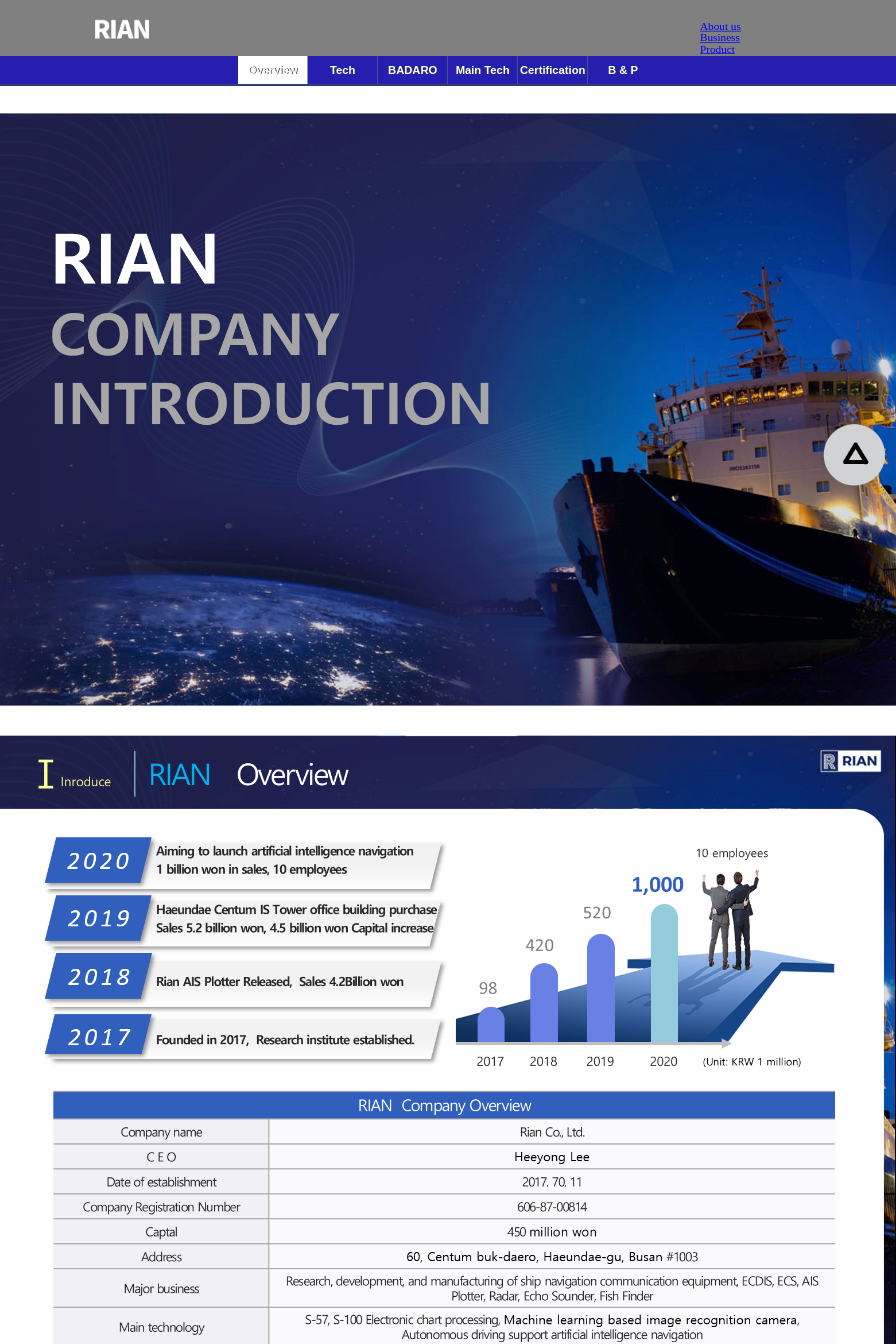
Repository: injeong-in/CompanyWeb
Page: http://localhost/RianWebSite/
The author's editor kept a copy of each file at every save. The page is drawn from the files as they stood at one save, then again after the next save.
The browser window is 1280 px wide. The pictures show the part of the page from y = 0 to 1920 px (the page is 12163 px tall), at 70% of full size.
The pointer rests on the first visible `nav a`.
The page is served by Tomcat 9. Nobody is signed in. The application's start-up code is not run.

Above is the page before, as saved 2020-12-01 05:58:38.

### RianWebSite/WebContent/index.jsp
<%@ page language="java" contentType="text/html; charset=UTF-8"
    pageEncoding="UTF-8"%>

<!DOCTYPE html>
<html>

<head>
    <meta charset="UTF-8">
    <meta name="viewport" content="width=device-width, initial-scale=1.0">
    <title>Rian company</title>

    <!--스타일시트 등록-->
    <link rel="stylesheet" href="./css/style.css">

    <!--제이쿼리 등록-->
    <script src="./js/jquery-2.1.3.min.js">
    </script>
    <script src="./js/jquery.vide.min.js">
    </script>
    <script src="./js/jquery.scrollTo.min.js">
    </script>

    <!--제이쿼리 작성-->
    <script>

    $(document).ready(function(){
        $('nav a').click(function(e){
            $.scrollTo(this.hash||0, 280);
            e.preventDefault();
        });
        $('#btn_gotop').click(function(e){
            $.scrollTo(this.hash||0, 280);
            e.preventDefault();
        });
    });

    $(function () {
            var trigger = $('#trigger');
            var menu = $('nav ul');
            $(trigger).on('click', function(e) {
                e.preventDefault();
                menu.slideToggle();
            });
            $(window).resize(function () {
                var w = $(window).width();
                if(w>320 && menu.is(':hidden')) {
                    menu.removeAttr('style');
                }
            });
        });
    </script>
    <!--제이쿼리 작성 끝-->

</head>


<body>

	<div id="container">
		<header class="header" style="position: fixed; width: 100%; height: 80px; background-color: gray; margin: 0 auto;">
			<div class="header_inheader" style="width: 80%; height: 80px; background-color: gray; margin:0 auto;">
				<a href="http://rian.kr"><img src="./images/logo-1.png" style="position: relative; margin-top: 20px;"></a>
				<div style="width:50%; position: absolute; left: 1000px; top: 30px;">
					<ul class="header_menu" style="position: relative;">
						<li><a href="http://rian.kr/about-us/">About us</a></li>
						<li><a href="http://rian.kr/business/">Business</a></li>
						<li><a href="http://rian.kr/product/">Product</a></li>
						<li><a href="http://rian.kr/ourstory/">Our Story</a></li>
						<li><a href="http://14.42.209.254/" style="color: #c4c4c4;">Intro in ENG</a></li>
					</ul>
				</div>
			</div>
		</header>

		<br><br><br><br><br>

	    <nav class="clearfix">
	        <ul class="clearfix">
	            <li><a href="#2">Overview</a></li>
	            <li><a href="#3">Tech</a></li>
	            <li><a href="#4">BADARO</a></li>
	            <li><a href="#6">Main Tech</a></li>
	            <li><a href="#11">Certification</a></li>
	            <li><a href="#12">B & P</a></li>
	        </ul>
	        <a href="" id="trigger"></a>
	    </nav>

		<!--본문-->
		    <%for(int i=1; i<14; i++) { %>
		    <div id="container" class="page<%=i%>">
		    	<section id="<%=i%>" style="width: 0.1px; height: 0.1px;">
		    	</section>
		    	<img src="./images/<%=i%>.png" style="width: 100%;">
		    </div>
	    <% } %>
	    <!--본문 끝-->

    	<!--최상단 이동-->
	    <a href="#1" id="btn_gotop" class="btn_gotop">
	    	<img src="./images/topbutton.png" style="position: fixed; right: 10px; bottom: 20px; ">
		  	<span class="glyphicon glyphicon-chevron-up">
		  	</span>
		</a>
		<!--이동 끝-->

	</div>
</body>
</html>

### RianWebSite/WebContent/css/style.css
html, body, div, span, applet, object, iframe,
h1, h2, h3, h4, h5, h6, p, blockquote, pre,
a, abbr, acronym, address, big, cite, code,
del, dfn, em, img, ins, kbd, q, s, samp,
small, strike, strong, sub, sup, tt, var,
b, u, i, center,
dl, dt, dd, ol, ul, li,
fieldset, form, label, legend,
table, caption, tbody, tfoot, thead, tr, th, td,
article, aside, canvas, details, embed,
figure, figcaption, footer, header, hgroup,
menu, nav, output, ruby, section, summary,
time, mark, audio, video {
  margin: 0;
  padding: 0;
  border: 0;
  font-size: 100%;
  font: inherit;
  vertical-align: baseline;
}
/* HTML5 display-role reset for older browsers */
article, aside, details, figcaption, figure,
footer, header, hgroup, menu, nav, section {
  display: block;
}
body {
  line-height: 1;
}
ol, ul {
  list-style: none;
}
blockquote, q {
  quotes: none;
}
blockquote:before, blockquote:after,
q:before, q:after {
  content: '';
  content: none;
}
table {
  border-collapse: collapse;
  border-spacing: 0;
}




.container div a {
    margin-left: 20px;
}

nav {
    height: 40px;
    width: 100%;
    background: rgb(37, 30, 174);
    font-size: 1em;
    font-family: Arial, sans-serif;
    font-weight: bold;
    position: relative;
    border-bottom: 2px solid #34495e;
}

nav ul {
    padding: 0;
    margin:0 auto;
    width: 600px;
    height: 40px;
}

nav li {
    display: inline;
    float: left;

}

.clearfix:before,
.clearfix:after {
    content: " ";
    display: table;
}

.clearfix:after {
    clear: both;
}

.clearfix {
    zoom: 1;
}


nav a {
    color: #fff;
    display: inline-block;
    width: 100px;
    text-align: center;
    text-decoration: none;
    line-height: 40px;
    text-shadow: 1px 1px 0px #283744;

}

nav li a {
    border-right: 1px solid #576979;
    box-sizing: border-box;
    -moz-box-sizing: border-box;
    -webkit-box-sizing: border-box;
}

nav li:last-child a {
    border-right: 0;
}

nav a:hover, nav a:active {
    background-color: rgb(255, 255, 255);
}

nav a#trigger {
    display: none;
}

@media screen and (max-width:600px) {
    nav {
        height: auto;

    }

    nav ul {
        width: 100%;
        display: block;
        height: auto;

    }

    nav li {
        width: 50%;
        float: left;
        position: relative;
    }

    nav li a {
        border-bottom: 1px solid #576979;
        border-right: 1px solid #576979;
    }

    nav a {
        text-align: left;
        width: 100%;
        text-indent: 25px;
    }
}

@media screen and (max-width:320px) {
    nav {
        border-bottom: 0;
    }

    nav ul {
        display: none;
        height: auto;
    }

    nav li {
        display: block;
        float: none;
        width: 100%;
    }

    nav li a {
        border-bottom: 1px solid #576979;
    }


    nav a#trigger {
        display: block;
        background-color: #283744;
        width: 100%;
        position: relative;
    }

    nav a#trigger:after {
        content:"";
        background: url('nav.png') no-repeat;
        width: 30px;
        height: 30px;
        display: inline-block;
        position: absolute;
        right: 15px;
        top: 10px;
    }


}
    section {
        position:relative;
        width:100%;
        margin: 0 auto;
        padding: 20px;
        height: 400px;
    }


    .btn_gotop {
	  position: fixed;
	  right: 2%;
	  bottom: 2%;
	  width: 30%;
	  height: 50%;
	  line-height: 40px;
	  display: block;
	}

	.page1 {
		height: 100%;
		background-repeat: no-repeat;
	}
	/* .page3 {
		background-color: fuchsia;
	}
	.page4 {
		background-image: url("./images/footer.png");
		height: 40px;
	}
	.page5 {
		background-image: url("./images/footer2.png");
		background-color: white;
		height: 100px;
	} */

Loaded but not shown: RianWebSite/WebContent/js/jquery-2.1.3.min.js (library); RianWebSite/WebContent/js/jquery.vide.min.js (library); RianWebSite/WebContent/js/jquery.scrollTo.min.js (common file)

After the next save:
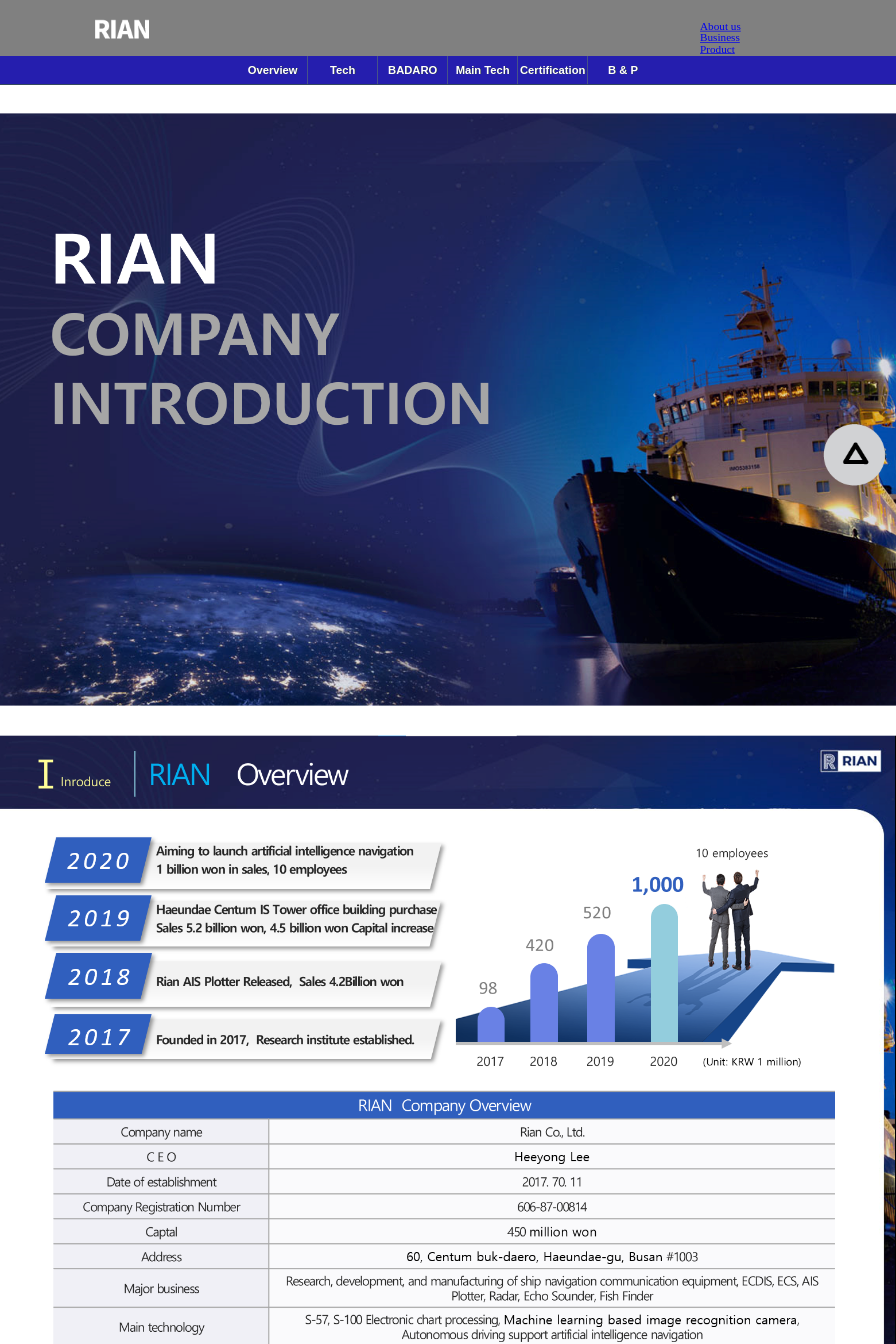
Saved 13 s later.
--- a/RianWebSite/WebContent/css/style.css
+++ b/RianWebSite/WebContent/css/style.css
@@ -111,7 +111,7 @@ nav li:last-child a {
 }
 
 nav a:hover, nav a:active {
-    background-color: rgb(255, 255, 255);
+    background-color: rgb(0, 0, 0), 255, 255);
 }
 
 nav a#trigger {
